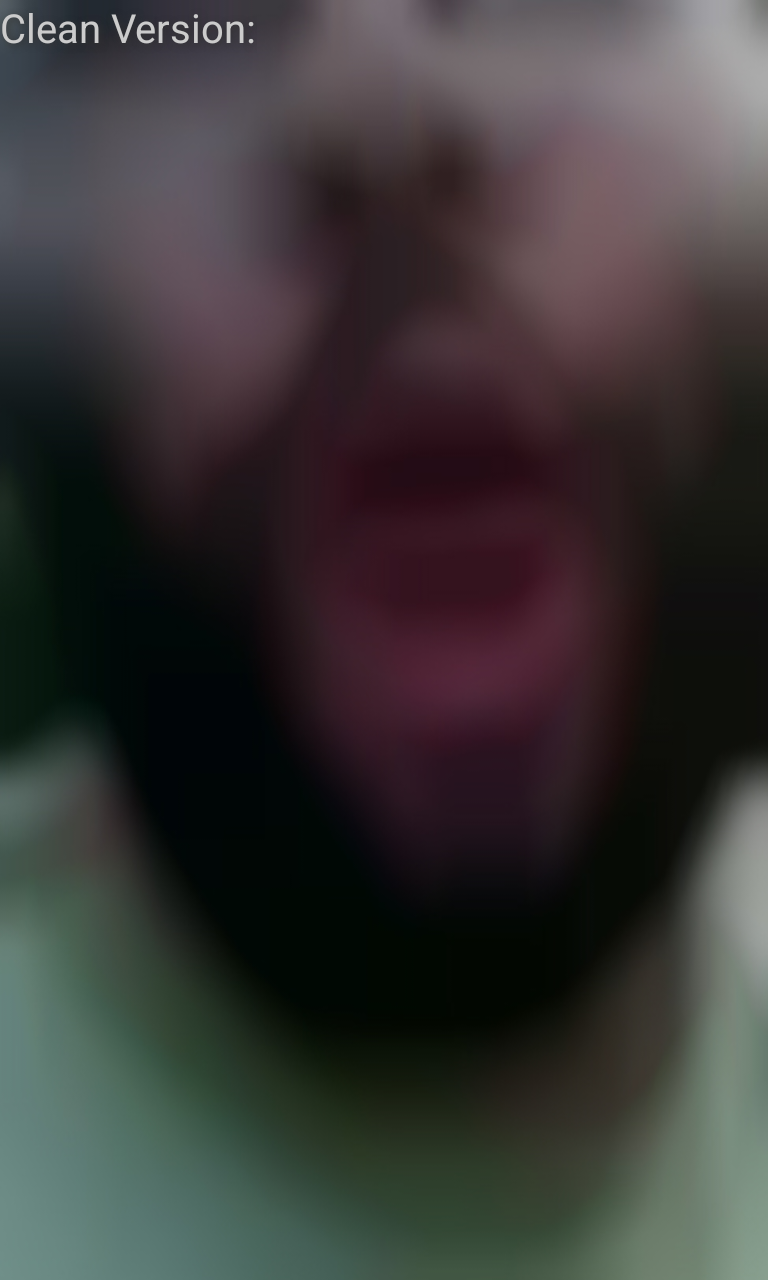
Repository: Cookahn/bioca_sounds
Layout: ChicoBiocaApp/res/layout/settings.xml
The author's editor kept a copy of each file at every save. The layout is drawn from the files as they stood at one save, then again after the next save.
It is drawn on a 768 x 1280 px phone screen (xhdpi) without system bars, with theme AppTheme; the app's code is not run.

Above is the layout before, as saved 2014-08-13 03:03:28.

After the next save:
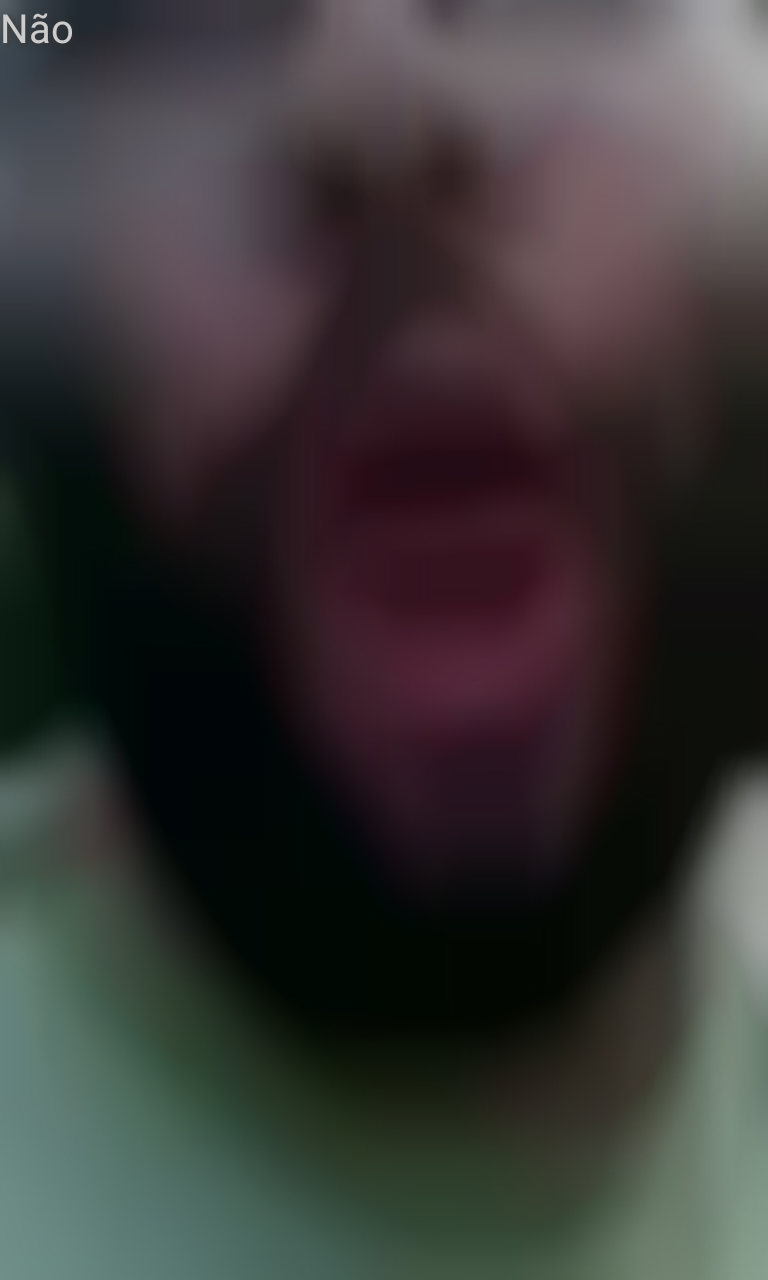
Saved 11 s later.
--- a/ChicoBiocaApp/res/values/strings.xml
+++ b/ChicoBiocaApp/res/values/strings.xml
@@ -7,6 +7,8 @@
     <string name="i_want_to_fuck">Quero Transá</string>
     <string name="suck_an_ass_and_pa">Chupe uns C# e Pá</string>
     <string name="clean_version">Clean Version:</string>
+    <string name="clean_version">Clean Version:</string>
+    <string name="clean_version">Não</string>
 
     <!-- Bioca phrases -->
     <string name="i_want_to_know">Eu quero sabê</string>

After the save that followed:
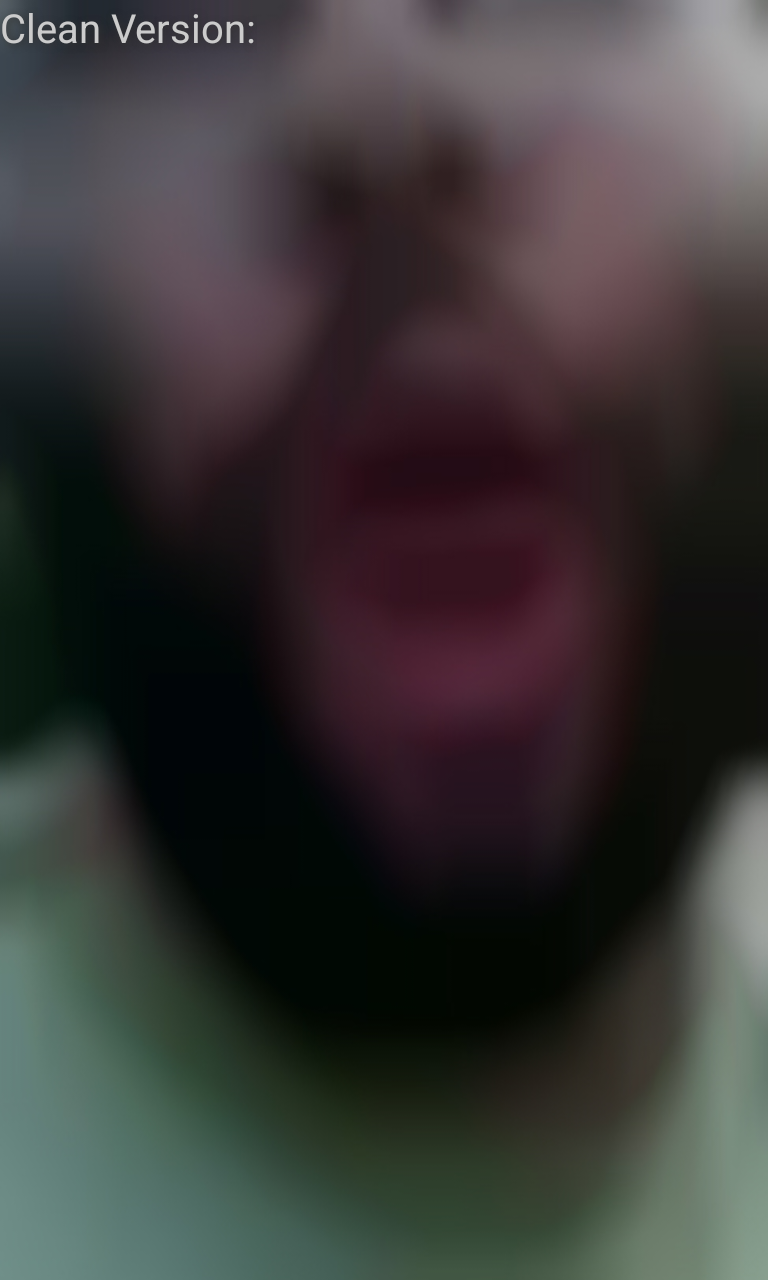
Saved 7 s later.
--- a/ChicoBiocaApp/res/values/strings.xml
+++ b/ChicoBiocaApp/res/values/strings.xml
@@ -7,8 +7,8 @@
     <string name="i_want_to_fuck">Quero Transá</string>
     <string name="suck_an_ass_and_pa">Chupe uns C# e Pá</string>
     <string name="clean_version">Clean Version:</string>
-    <string name="clean_version">Clean Version:</string>
-    <string name="clean_version">Não</string>
+    <string name="sim">Sim</string>
+    <string name="nao">Não</string>
 
     <!-- Bioca phrases -->
     <string name="i_want_to_know">Eu quero sabê</string>
